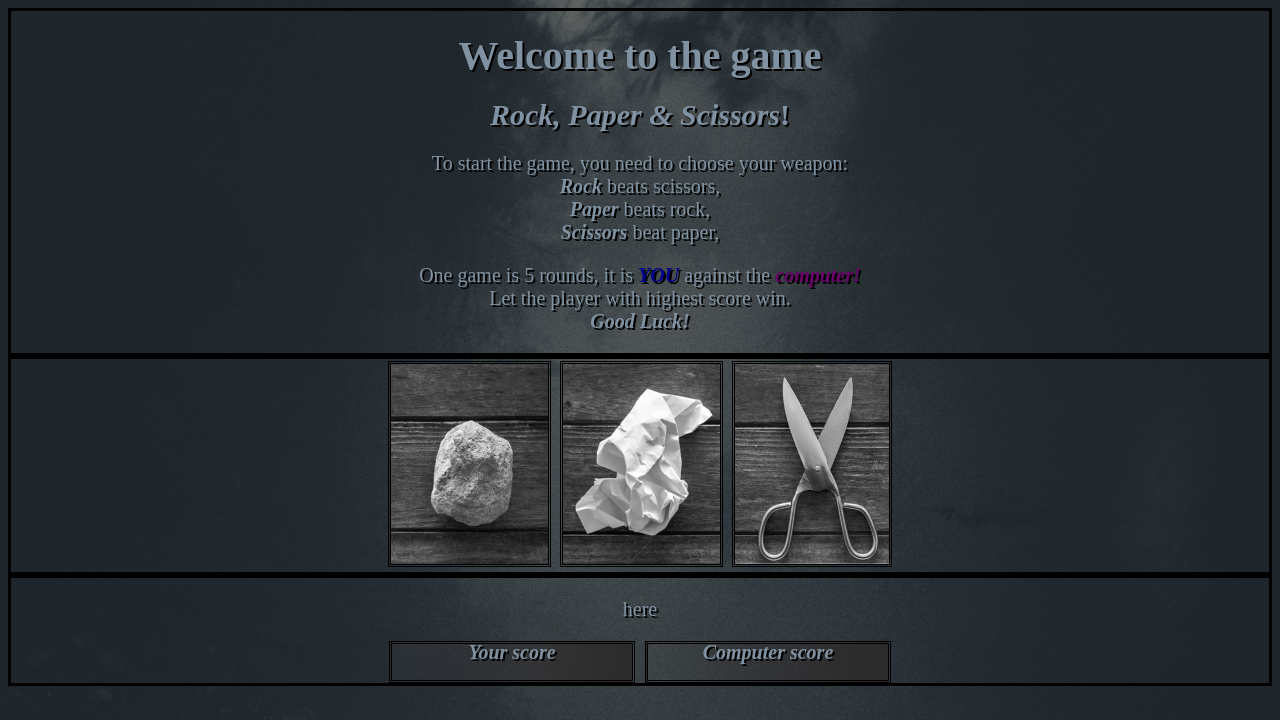
Repository: agneta1991/rock-paper-scissors
Page: Desktop/coding/index.html
An editor plug-in stored every save of this project. The page is shown before and after the next save, followed by the edit.
The browser window is 1280 px wide. The pictures show the whole page.

Above is the page before, as saved 2023-03-03 08:22:00.

### Desktop/coding/index.html
<!DOCTYPE html>
<html lang="en">
<head>
    <meta charset="UTF-8">
    <title>Rock Paper Scissors</title>
    <link rel="styleSheet" href='styles.css'>
</head>
<body>
    <script src="javascript.js" defer></script>
    <div class="container1">
        <div class="title">
            <h1>Welcome to the game </h1>
            <h2><span>Rock, Paper & Scissors</span>!</h2>
            <p>To start the game, you need to choose your weapon:<br>
            <span>Rock</span> beats scissors, <br>
            <span>Paper</span> beats rock, <br>
            <span>Scissors</span> beat paper,</p>
            <p>One game is 5 rounds, it is <span style="color: darkblue">YOU</span> against the <span style="color: rgb(104, 2, 104)">computer!</span><br>
            Let the player with highest score win.<br>
        <span>Good Luck!</span></p>
        </div>
    </div>
    <div class ="container2">
        <div class="options">
            <button class="rock"> <img src='images/rock.png'></button>
            <button class="paper"><img src='images/paper.png'></button>
            <button class="scissors"><img src='images/scissors.png'></button>
        </div>
    </div>
    <div class="container3">
        <div class="displayed">here</div>
        <div class="score">
            <div class="playerScore"><span>Your score<span></span>
            <p class="displayedPlayerScore"></p></div>
            <div class="computerScore"><span>Computer score<span></span>
            <p class="displayedComputerScore"></p></div></div>
        </div>
    </div>
</body>
</html>

### Desktop/coding/styles.css
body{
    background-image: url('images/background.jpg');
    background-size:100%;
}
h1, h2{
    line-height: 90%;
}

.container1, .container2, .container3{
    border: solid black;
    color: rgb(128, 146, 161);
    text-shadow: 2px 2px black;
    font-size: 20px;
}
span{
    font-weight: bold;
    font-style: italic;
}
.container1{
    display: flex;
    justify-content: center;
    text-align: center;
}


img{
    width: auto ;
    height: 200px ;
    border-style: double;
}

.container2 {
    display: flex;
    justify-content: center;
    gap: 8px;
}
button{
    background-color: transparent;
    padding: 0%;
    border-color: transparent;
}


img {
    -webkit-filter:
    grayscale(100%);
    filter:grayscale(100%);
    -webkit-transition: .2s
    ease-in-out;
    transition: .2s ease-in-out;
}

img:hover {
    -webkit-filter:grayscale(0);
    filter:grayscale(0);
    transform: scale(1.1);
}

.playerScore, .computerScore {
    line-height: 80%;
    border: black;
    width: 240px;
    border-style: double;
    background-image: linear-gradient(to right, rgba(156, 146, 146, 0.055),rgb(44, 42, 42) );
}

.score{
    display: flex;
    justify-content: center;
    text-align: center;
    gap: 10px;

}

.displayed{
    padding: 20px;
    display: flex;
    justify-content: center;
    text-align: center;
}

button{
    transition: all 0.1;
}

Loaded but not shown: Desktop/coding/javascript.js (no copy from this time; the picture is the same without it)

After the next save:
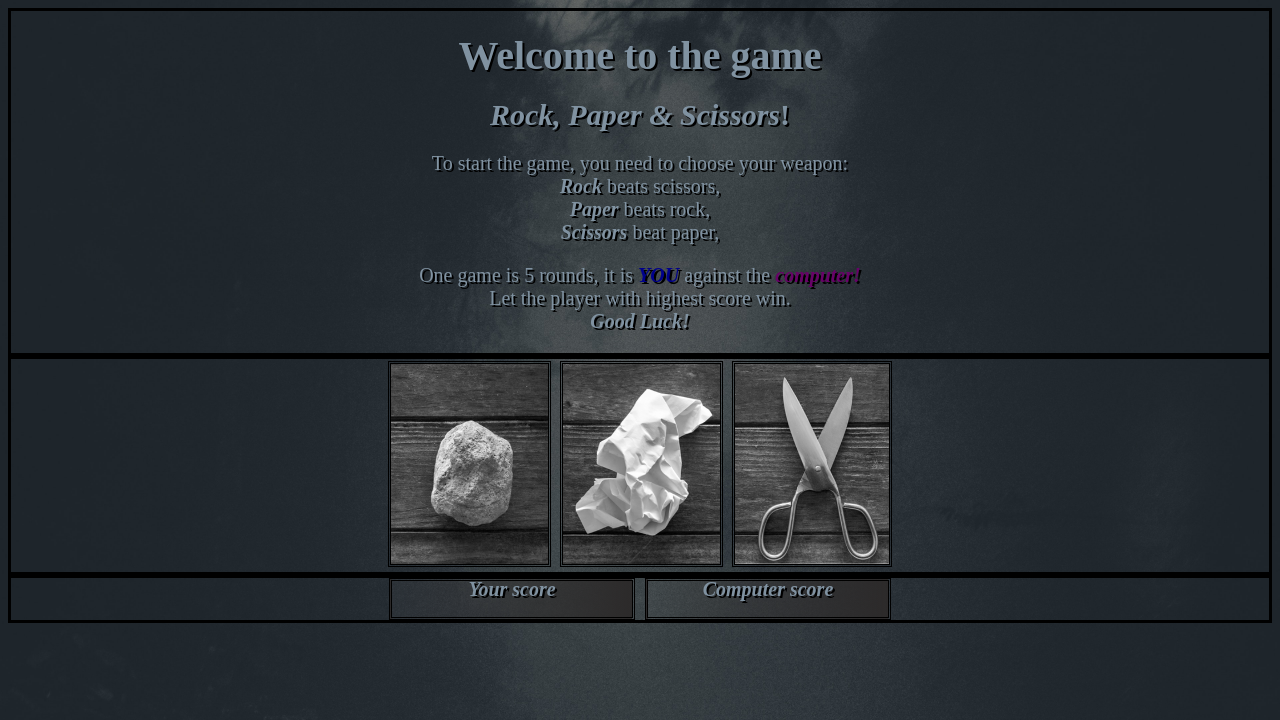
Saved 26 s later.
--- a/Desktop/coding/index.html
+++ b/Desktop/coding/index.html
@@ -28,7 +28,7 @@
         </div>
     </div>
     <div class="container3">
-        <div class="displayed">here</div>
+        <div id="displayed"></div>
         <div class="score">
             <div class="playerScore"><span>Your score<span></span>
             <p class="displayedPlayerScore"></p></div>
